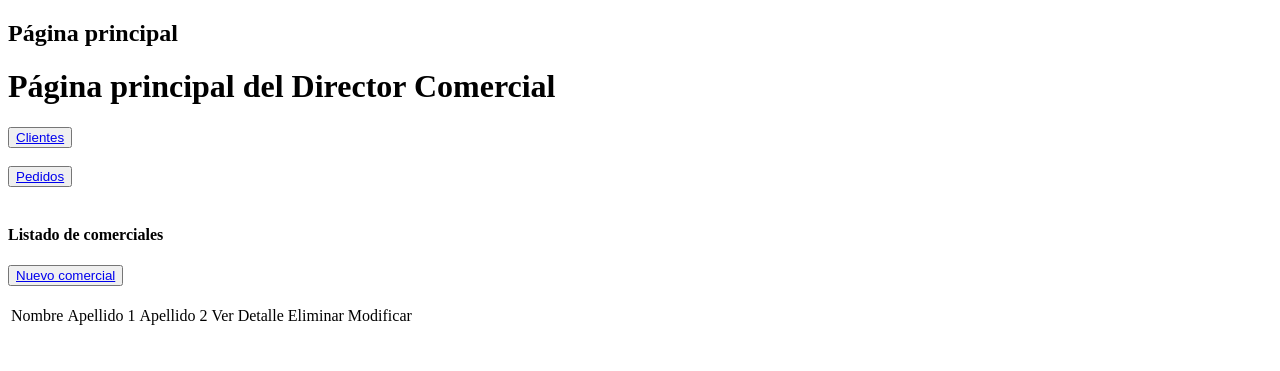
Repository: Umalaia/SpringBoot_Clientes_Pedidos_Comerciales
Page: http://localhost/home
The author's editor kept a copy of each file at every save. The page is drawn from the files as they stood at one save, then again after the next save.
The browser window is 1280 px wide. The pictures show the whole page.
The page is this project's Thymeleaf template; nobody is signed in. The template is opened directly, without the code that normally fills it, so the values that code supplies are empty.

Above is the page before, as saved 2023-12-04 19:32:58.

### zz_examen_primera_eval/src/main/resources/templates/home.html
<!DOCTYPE html>
<html xmlns:th="http://www.thymeleaf.org">
<head>
<meta charset="UTF-8">
<title>Comerciales página principal</title>
</head>
<body>
	<h2>Página principal</h2>
	<h1>Página principal del Director Comercial</h1>
	<button><a th:href="@{/clientes}">Clientes</a></button>
	<br><br>
	<button><a th:href="@{/pedidos}">Pedidos</a></button>
	<br><br>
	<h3 th:text=${mensaje}></h3>
	<h4>Listado de comerciales</h4>
	<button><a th:href="@{/alta}">Nuevo comercial</a></button>
	<br><br>
	<table>
		<tr>
			<td>Nombre</td>
			<td>Apellido 1</td>
			<td>Apellido 2</td>
			<td>Ver Detalle</td>
			<td>Eliminar</td>
			<td>Modificar</td>
		</tr>
		<tr th:each="comercial : ${comerciales}">
			<th th:text="${comercial.nombre}"></th>
			<th th:text=${comercial.apellido1}></th>
			<th th:text=${comercial.apellido2}></th>
			<th th:href="@{/comerciales/verDetalle/{id}(id=${comercial.idComercial})}">Detalle</th>
			<th th:href="@{/comerciales/eliminar/{id}(id=${comercial.idComercial})}">Eliminar</th>
			<th th:href="@{/comerciales/modificar/{id}(id=${comercial.idComercial})}">Modificar</th>
		</tr>
	</table>
</body>
</html>

After the next save:
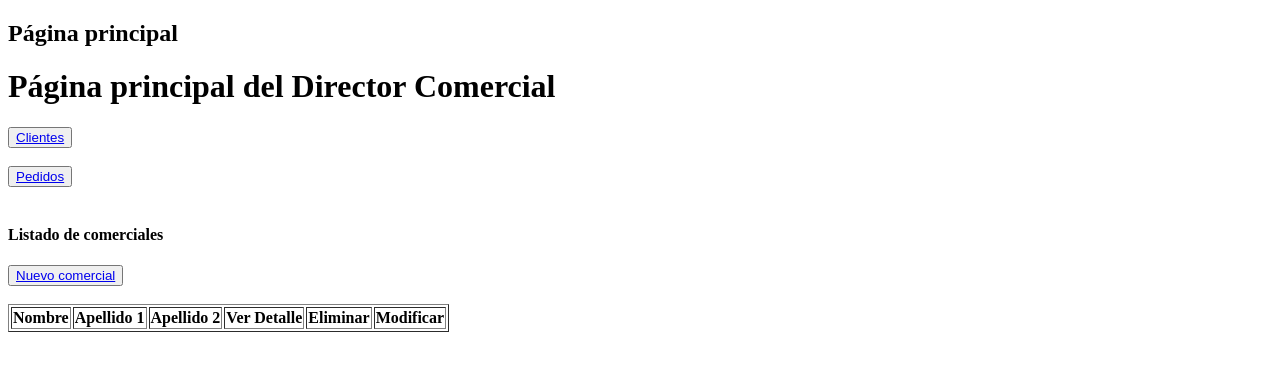
Saved 65 s later.
--- a/zz_examen_primera_eval/src/main/resources/templates/home.html
+++ b/zz_examen_primera_eval/src/main/resources/templates/home.html
@@ -15,14 +15,14 @@
 	<h4>Listado de comerciales</h4>
 	<button><a th:href="@{/alta}">Nuevo comercial</a></button>
 	<br><br>
-	<table>
+	<table border ="1">
 		<tr>
-			<td>Nombre</td>
-			<td>Apellido 1</td>
-			<td>Apellido 2</td>
-			<td>Ver Detalle</td>
-			<td>Eliminar</td>
-			<td>Modificar</td>
+			<th>Nombre</th>
+			<th>Apellido 1</th>
+			<th>Apellido 2</th>
+			<th>Ver Detalle</th>
+			<th>Eliminar</th>
+			<th>Modificar</th>
 		</tr>
 		<tr th:each="comercial : ${comerciales}">
 			<th th:text="${comercial.nombre}"></th>
